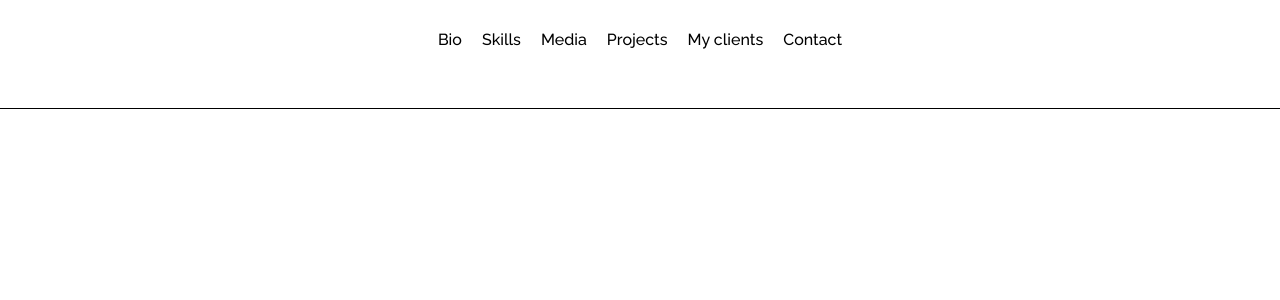
Repository: moataz305G/Personal-website
Page: index.html
An editor plug-in stored every save of this project. The page is shown before and after the next save, followed by the edit.
The browser window is 1280 px wide. The pictures show the whole page.

Above is the page before, as saved 2025-12-09 20:38:04.

### index.html
<!DOCTYPE html>
<html lang="en">
  <head>
    <meta charset="UTF-8" />

    <meta name="viewport" content="width=device-width, initial-scale=1.0" />
    <link rel="preconnect" href="https://fonts.googleapis.com" />
    <link rel="preconnect" href="https://fonts.gstatic.com" crossorigin />
    <link
      href="https://fonts.googleapis.com/css2?family=Raleway:ital,wght@0,100..900;1,100..900&display=swap"
      rel="stylesheet"
    />

    <link rel="stylesheet" href="Style.css" />
    <title class="title">Moataz khimes</title>
  </head>
  <body>
    <div class="container">
      <header class="header">
        <nav class="navigation">
          <ul class="navigation__list">
            <li><a href="#" class="navigation__link">Bio</a></li>
            <li><a href="#" class="navigation__link">Skills</a></li>
            <li><a href="#" class="navigation__link">Media</a></li>
            <li><a href="#" class="navigation__link">Projects</a></li>
            <li><a href="#" class="navigation__link">My clients</a></li>
            <li><a href="#" class="navigation__link">Contact</a></li>
          </ul>
        </nav>
      </header>
    </div>
  </body>
</html>

### Style.css
:root {
  --container-width: 119rem;
  --guter: 6rem;

  --color-black: #000;
  --color-white: #fff;
  --color-blue: #2374e1;
  --color-lite-blue: #1d9bf0;
  --color-dark-blue: #0a66c2;
  --color-darker-blue: #143ce8;
  --color-red: #ff0000;
  --color-green: #03a696;
  --color-gray: #f6f6f6;
  --color-dark-green: #42959b;

  --color-background: var(--color-white);
  --color-text: var(--color-black);
  --color-box-img: var(--color-black);
  --color-link-bg: var(--color-black);
  --color-input-border: var(--color-black);

  --font-family-raleway: "Raleway", sans-serif;
  --font-family-poppins: "Poppins", sans-serif;

  --font-weight-regular: 400;
  --font-weight-medium: 500;
  --font-weight-semi-bold: 600;
  --font-weight-bold: 700;

  --font-size-70: 7rem;
  --font-size-65: 6.5rem;
  --font-size-40: 4rem;
  --font-size-38: 3.8rem;
  --font-size-24: 2.4rem;
  --font-size-22: 2.2rem;
  --font-size-20: 2rem;
  --font-size-18: 1.8rem;
  --font-size-15: 1.5rem;

  --transition-timing: 0.3s;
}
/* CSS Reset */
* {
  margin: 0;
  padding: 0;
}

*,
*::after,
*::before {
  box-sizing: border-box;
}

a {
  color: inherit;
  display: inline-block;
}

button {
  background-color: transparent;
  border: none;
  cursor: pointer;
}

ul,
ol {
  list-style: none;
}
/* END CSS Reset */
html {
  font-size: 62.5%;
  scroll-behavior: smooth;
  scroll-padding-top: 11rem;
}

body {
  font-size: 1.6rem;
  font-family: var(--font-family-raleway);
  background-color: var(--color-background);
  color: var(--color-text);
}

.container {
  max-width: var(--container-width);
  margin: 0 auto;
}
header {
  position: relative;
  padding: 3rem 0;
  display: flex;
  justify-content: center;
}
.header::before {
  content: "";
  position: absolute;
  border-bottom: 0.1rem solid var(--color-black);
  height: 100%;
  width: 100vw;
  /* z-index: -1; */
}

.navigation__list {
  display: flex;
  gap: 2rem;
}
.navigation__link:link,
.navigation__link:visited {
  text-decoration: none;
  font-weight: var(--font-weight-medium);
}
.navigation__link:hover,
.navigation__link:active {
  text-decoration: underline;
  color: var(--color-text);
}

After the next save:
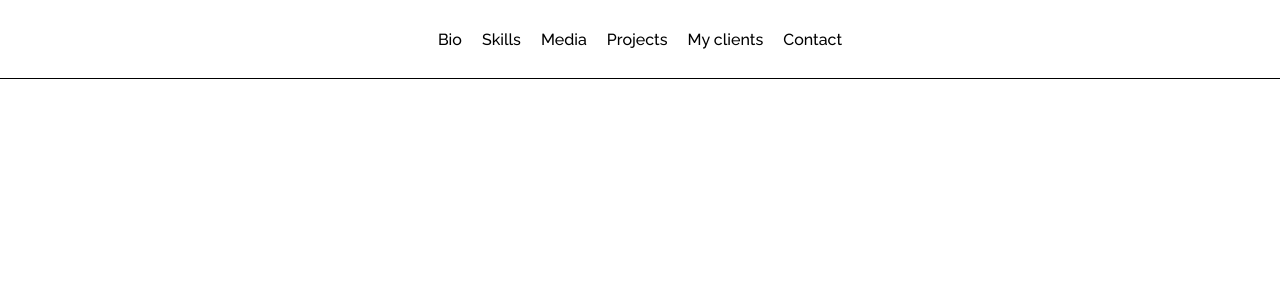
Saved 44 s later.
--- a/Style.css
+++ b/Style.css
@@ -93,9 +93,10 @@
 .header::before {
   content: "";
   position: absolute;
-  border-bottom: 0.1rem solid var(--color-black);
   height: 100%;
   width: 100vw;
+  border-bottom: 0.1rem solid var(--color-black);
+  top: 0;
   /* z-index: -1; */
 }
 

After the 2 saves that followed:
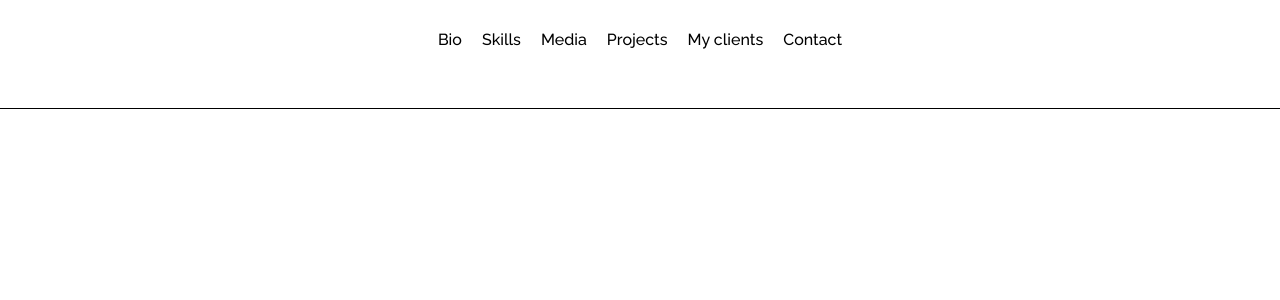
The 2 saves are shown as one change because 1 left the picture as it was.
The last was saved 3 min 57 s later.
--- a/Style.css
+++ b/Style.css
@@ -89,6 +89,7 @@
   padding: 3rem 0;
   display: flex;
   justify-content: center;
+  z-index: 1;
 }
 .header::before {
   content: "";
@@ -96,8 +97,8 @@
   height: 100%;
   width: 100vw;
   border-bottom: 0.1rem solid var(--color-black);
-  top: 0;
-  /* z-index: -1; */
+  /* top: 0; */
+  z-index: 0;
 }
 
 .navigation__list {
